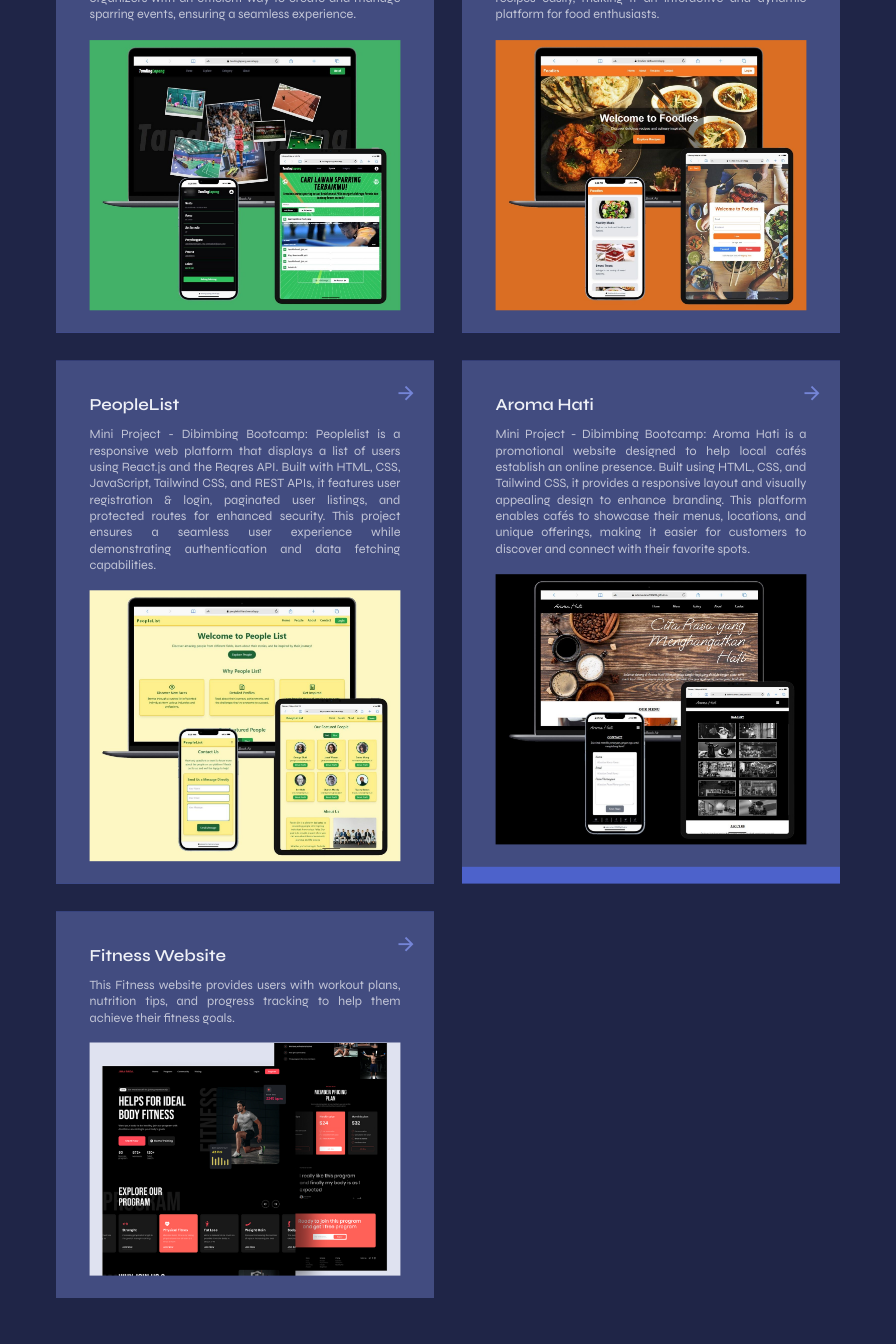
Repository: Ademaulana100499/amgrowth
Page: /
An editor plug-in stored every save of this project. The page is shown before and after the next save, followed by the edit.
The browser window is 1280 px wide. The pictures show the part of the page from y = 1176 to 3096 px (the page is 7588 px tall), at 70% of full size.
Some web fonts or font styles are not loaded; a fallback is used. The project was rebuilt for these pictures with package versions that can differ from the ones it lists, and the page was loaded fresh each time. Also part of the build but not shown: vite.config.js.

Above is the page before, as saved 2025-02-19 16:19:25.

### index.html
<!doctype html>
<html lang="en">
  <head>
    <meta charset="UTF-8" />
    <meta name="viewport" content="width=device-width, initial-scale=1.0" />
    <title>AMgrowth</title>
    <link rel="shortcut icon" href="/assets/img/Favicon.png" />
    <link
      href="https://cdn.jsdelivr.net/npm/remixicon/fonts/remixicon.css"
      rel="stylesheet"
    />

    <link
      rel="stylesheet"
      href="https://fonts.googleapis.com/css2?family=Kite+One&family=Oooh+Baby&family=Orelega+One&family=Poppins:ital,wght@0,100;0,200;0,300;0,400;0,500;0,600;0,700;0,800;0,900;1,100;1,200;1,300;1,400;1,500;1,600;1,700;1,800;1,900&family=Syne:wght@400..800&display=swap"
    />
  </head>
    <div id="root"></div>
    <script type="module" src="/src/main.jsx"></script>
    <script src="https://cdn.jsdelivr.net/npm/@emailjs/browser@4/dist/email.min.js"></script>
    <script src="https://unpkg.com/scrollreveal"></script>
  </body>
</html>

### src/App.jsx
import { Header } from "./components/Header";
import { Home } from "./components/Home";
import { Projects } from "./components/Projects";
import { Info } from "./components/Info";
import { Services } from "./components/Services";
import { Contact } from "./components/Contact";
import { Footer } from "./components/Footer";
import { Scroll } from "./components/Scroll";
import { Reveal } from "./components/Reveal";
function App() {
  const logo = {
    name: "AMgrowth",
    imageWhite: "/assets/img/Logo_White.png",
    imageBlack: "/assets/img/Logo_Black.png",
  };
  const navList = ["Home", "Projects", "My Info", "Services", "Contact Me"];
  const imageHome = "/assets/img/Photo.png";
  const imageInfo = "/assets/img/Photo2.png";
  const footerCopy = "© All rights reserved by Ade Maulana";
  const biodata = {
    firstName: "Ade",
    lastName: "Maulana",
    profession: "Front-End Developer",
    description:
      "With a strong passion for web development and a background in Informatics Engineering, I am transitioning into a career as a Front-End Web Developer. Skilled in HTML, CSS, JavaScript, TypeScript, React.js, and Next.js, I specialize in building responsive, high-performance, and user-friendly web applications. Experienced in UI/UX principles, state management, API integration, and website optimization, I am committed to continuous learning and delivering modern, efficient web solutions",
    cv: "/assets/pdf/CV Ade Maulana.pdf",
  };
  const projects = [
    {
      id: 1,
      title: "TandingLapang",
      description:
        "Final Project - Dibimbing Bootcamp: Tanding Lapang is a platform designed to simplify the search for sparring partners and the organization of sparring events across various sports. Built using HTML, CSS, JavaScript, Tailwind CSS, React.js, and Next.js, this project connects athletes and sports enthusiasts with sparring partners based on location and sport type. It also provides organizers with an efficient way to create and manage sparring events, ensuring a seamless experience.",
      image: "/assets/img/tandinglapang.jpg",
    },
    {
      id: 2,
      title: "Foodies",
      description:
        "Mini Project - Dibimbing Bootcamp: Foodies is a recipe website that implements CRUD functionality (Create, Read, Update, Delete) using Next.js, TypeScript, Tailwind CSS, HTML, and CSS. This project features API integration, user authentication, and server-side rendering (SSR) to enhance performance, SEO, and user experience. Users can browse, add, edit, and delete recipes easily, making it an interactive and dynamic platform for food enthusiasts.",
      image: "/assets/img/foodies.jpg",
    },
    {
      id: 3,
      title: "PeopleList",
      description:
        "Mini Project - Dibimbing Bootcamp: Peoplelist is a responsive web platform that displays a list of users using React.js and the Reqres API. Built with HTML, CSS, JavaScript, Tailwind CSS, and REST APIs, it features user registration & login, paginated user listings, and protected routes for enhanced security. This project ensures a seamless user experience while demonstrating authentication and data fetching capabilities.",
      image: "/assets/img/peoplelist.jpg",
    },
    {
      id: 4,
      title: "Aroma Hati",
      description:
        "Mini Project - Dibimbing Bootcamp: Aroma Hati is a promotional website designed to help local cafés establish an online presence. Built using HTML, CSS, and Tailwind CSS, it provides a responsive layout and visually appealing design to enhance branding. This platform enables cafés to showcase their menus, locations, and unique offerings, making it easier for customers to discover and connect with their favorite spots.",
      image: "/assets/img/aromahati.jpg",
    },
    {
      id: 5,
      title: "Fitness Website",
      description:
        "This Fitness website provides users with workout plans, nutrition tips, and progress tracking to help them achieve their fitness goals.",
      image: "/assets/img/fittnes web.avif",
    },
  ];
  const experience = [
    {
      id: 1,
      company: "PT. Victory Chingluh Indonesia",
      profession: "Shipping Officer",
      date: "12/2018 - 07/2024",
      description:
        "Experienced in managing delivery orders with high accuracy using Excel, monitoring stock through SAP, and improving operational efficiency and delivery coordination, with skills in logistics management, inventory, and effective communication.",
    },
    {
      id: 2,
      company: "PT Midi Utama Indonesia, Tbk",
      profession: "Sales Assistant",
      date: "06/2018 - 12/2018",
      description:
        "Experienced in delivering excellent customer service, providing clear product information, and staying updated on new products and promotions to boost customer satisfaction and engagement. Skilled in promoting products and exceeding sales targets through proactive interactions and recommendations, with a focus on teamwork and adaptability.",
    },
    {
      id: 3,
      company: "CV Radjawali",
      profession: "Printing Operator",
      date: "07/2017 - 05/2018",
      description:
        "Experienced in accurately preparing print files, ensuring consistent print quality, and reducing the need for reprints. Skilled in maintaining printing machines to enhance operational efficiency, minimize downtime, and boost productivity.",
    },
  ];
  const education = [
    {
      id: 1,
      university: "Dibimbing.id Bootcamp",
      major: "Front-End Web Development",
      date: "09/2024 - 02/2025",
      description:
        "Learning HTML, CSS, JavaScript, and TypeScript, and utilizing React.js and Next.js to build responsive and high-performance user interfaces. Experienced in UI/UX design slicing, website optimization, and problem-solving algorithms. Skilled in team collaboration using Git/GitHub and committed to continuous learning and staying updated with the latest web technologies.",
    },
    {
      id: 2,
      university: "Institut Teknologi dan Bisnis Bina Sarana Global",
      major: "Informatics Engineering",
      date: "09/2020 - 11/2024",
      description:
        "Studied Informatics Engineering, covering software development, algorithms, data structures, databases, system design, cybersecurity, and AI. Gained expertise in computing principles, system analysis, and application optimization. Experienced in Agile and Scrum methodologies, web development frameworks, UI/UX design, data processing, and problem-solving using algorithms and programming logic.",
    },
  ];
  const skills = [
    {
      id: 1,
      skill: "HTML",
      image: "/assets/img/html.svg",
    },
    {
      id: 2,
      skill: "CSS",
      image: "/assets/img/css.svg",
    },
    {
      id: 3,
      skill: "JavaScript",
      image: "/assets/img/javascript.svg",
    },
    {
      id: 4,
      skill: "React",
      image: "/assets/img/react.svg",
    },
    {
      id: 5,
      skill: "Next.js",
      image: "/assets/img/nextjs.svg",
    },
    {
      id: 6,
      skill: "Git",
      image: "/assets/img/git.svg",
    },
    {
      id: 7,
      skill: "GitHub",
      image: "/assets/img/github.svg",
    },
    {
      id: 8,
      skill: "Tailwind",
      image: "/assets/img/tailwind.png",
    },
    {
      id: 9,
      skill: "Bootstrap",
      image: "/assets/img/bootstrap.png",
    },
    {
      id: 10,
      skill: "Figma",
      image: "/assets/img/figma.svg",
    },
  ];

  const services = [
    {
      id: 1,
      title: "Web Development",
      icon: "ri-code-s-slash-line",
      description:
        "Building functional, secure, and user-friendly websites with features tailored to user needs.",
    },
    {
      id: 2,
      title: "Web Design",
      icon: "ri-pencil-ruler-2-line",
      description:
        "Designing visually appealing and professional website layouts that reflect the brand identity and provide an engaging visual experience.",
    },
    {
      id: 3,
      title: "Responsive Web Design",
      icon: "ri-layout-2-line",
      description:
        "Creating responsive websites compatible across various devices, ensuring an optimal user experience on desktops, tablets, and smartphones.",
    },
  ];
  const socialMedia = [
    {
      id: 1,
      name: "github",
      icon: "ri-github-line",
      link: "https://github.com/Ademaulana100499",
    },
    {
      id: 2,
      name: "linkedin",
      icon: "ri-linkedin-box-line",
      link: "https://www.linkedin.com/in/ademaulana-/",
    },
    {
      id: 3,
      name: "instagram",
      icon: "ri-instagram-line",
      link: "https://www.instagram.com/ade_maulana._/",
    },
  ];

  return (
    <div>
      <Header logo={logo} navList={navList} />
      <main>
        <Home imageHome={imageHome} biodata={biodata} />
        <Projects projects={projects} />
        <Info
          imageInfo={imageInfo}
          biodata={biodata}
          experience={experience}
          skills={skills}
          education={education}
        />
        <Services services={services} />
        <Contact socialMedia={socialMedia} />
        <Footer navList={navList} footerCopy={footerCopy} />
      </main>
      <Scroll />
      <Reveal />
    </div>
  );
}

export default App;

### src/components/Home/index.jsx
import "./style.css";
export const Home = (props) => {
  const { imageHome, biodata } = props;
  return (
    <section className="home section" id="home">
      <div className="container grid home__container">
        <img
          id="image_home"
          src={imageHome}
          alt="image"
          className="home__img"
        />
        <div className="home__data">
          <h1 className="home__name">
            {biodata.firstName} <br /> {biodata.lastName}
          </h1>
          <h3 className="home__profession">{biodata.profession}</h3>
        </div>
        <a href="#projects" className="home__scroll">
          <div className="home__scroll-box">
            <i className="ri-arrow-down-line"></i>
          </div>
          <span className="home__scroll-text">Recent Project</span>
        </a>
      </div>
    </section>
  );
};

### src/components/Projects/index.jsx
import "./style.css";
export const Projects = (props) => {
  const { projects } = props;
  return (
    <section className="projects section" id="projects">
      <h2 className="section__title">RECENT PROJECT</h2>
      <div className="grid container projects__container">
        {projects.map((item) => (
          <article className="project__card" key={item.id}>
            <a
              href={item.link}
              target="_blank"
              className="project__overlay"
            ></a>
            <a href={item.link} target="_blank" className="project__link">
              <h2 className="project__title">{item.title}</h2>
              <p className="project__description">{item.description}</p>
              <img src={item.image} alt="image" className="project__img" />
              <i className="ri-arrow-right-line"> </i>
            </a>
          </article>
        ))}
      </div>
    </section>
  );
};

### src/components/Services/index.jsx
import "./style.css";
export const Services = (props) => {
  const { services } = props;
  return (
    <section className="services section" id="services">
      <h2 className="section__title">SERVICES</h2>
      <div className="container grid services__container">
        {services.map((item) => (
          <article className="services__card" key={item.id}>
            <i className={`services__icon ${item.icon}`}></i>
            <h3 className="services__title">{item.title}</h3>
            <p className="services__description">{item.description}</p>
          </article>
        ))}
      </div>
    </section>
  );
};

### src/components/Footer/index.jsx
import "./style.css";
export const Footer = (props) => {
  const { navList, footerCopy } = props;
  return (
    <footer className="footer" id="footer">
      <div className="container grid footer__container">
        <ul className="footer__links">
          <li>
            <a href="#home" className="footer__link">
              {navList[0]}
            </a>
          </li>
          <li>
            <a href="#projects" className="footer__link">
              {navList[1]}
            </a>
          </li>
          <li>
            <a href="#my info" className="footer__link">
              {navList[2]}
            </a>
          </li>
        </ul>
        <span className="footer__copy">{footerCopy}</span>
      </div>
    </footer>
  );
};

### src/components/Scroll/index.jsx
import React, { useEffect } from "react";
import "./style.css";

export const Scroll = () => {
  useEffect(() => {
    const scrollUp = () => {
      const scrollUp = document.getElementById("scroll-up");
      if (window.scrollY >= 350) {
        scrollUp.classList.add("show-scroll");
      } else {
        scrollUp.classList.remove("show-scroll");
      }
    };
    window.addEventListener("scroll", scrollUp);
    return () => {
      window.removeEventListener("scroll", scrollUp);
    };
  }, []);

  return (
    <a href="#" className="scrollup" id="scroll-up">
      <i className="ri-arrow-up-line"></i>
    </a>
  );
};

### src/components/Reveal/index.jsx
import React, { useEffect } from "react";

export const Reveal = () => {
  useEffect(() => {
    const sr = ScrollReveal({
      origin: "top",
      distance: "60px",
      duration: 2500,
      delay: 400,
    });

    sr.reveal(".home__data, .experience, .skills, .contact__container");
    sr.reveal(".home__img", { delay: 500 });
    sr.reveal(".home__scroll", { delay: 700 });
    sr.reveal(".project__card, .services__card", { interval: 100 });
    sr.reveal(".about__content", { origin: "right" });
    sr.reveal(".about__img", { origin: "left" });

    return () => {
      sr.destroy();
    };
  }, []);
  return <div></div>;
};

### src/components/Theme/index.jsx
import React, { useState, useEffect } from "react";
import "./style.css";

const Theme = ({ logo, setLogoSrc }) => {
  const [isLightMode, setIsLightMode] = useState(false);

  useEffect(() => {
    const savedTheme = localStorage.getItem("lightmode");
    if (savedTheme === "active") {
      setIsLightMode(true);
    } else {
      setIsLightMode(false);
    }
  }, []);

  useEffect(() => {
    if (isLightMode) {
      document.body.classList.add("lightmode");
      localStorage.setItem("lightmode", "active");
      setLogoSrc(logo.imageBlack);
    } else {
      document.body.classList.remove("lightmode");
      localStorage.setItem("lightmode", null);
      setLogoSrc(logo.imageWhite);
    }
  }, [isLightMode, logo.imageBlack, logo.imageWhite, setLogoSrc]);

  const toggleTheme = () => {
    setIsLightMode((prevMode) => !prevMode);
  };

  return (
    <button
      id="theme-switch"
      className="theme-switch"
      onClick={toggleTheme}
      style={{ cursor: "pointer" }}
    >
      {isLightMode ? (
        <i className="ri-moon-line"></i>
      ) : (
        <i className="ri-sun-line"></i>
      )}
    </button>
  );
};

export default Theme;

### src/components/Projects/style.css
/* Projects */
.projects {
  background-color: var(--container-color);
}
.project__card {
  background-color: var(--first-color);
}
.project__img {
  width: 100%;
}
.project__link {
  display: block;
  position: relative;
  background-color: var(--body-color);
  padding: 2rem 1.5rem 1.5rem 1.5rem;
  color: var(--text-color);
  transition: transform 0.4s;
}
.project__title {
  font-size: var(--h3-font-size);
  margin-bottom: 0.75rem;
}

.project__description {
  margin-bottom: 1.5rem;
  text-align: justify;
}
.project__link i {
  position: absolute;
  top: 1.8rem;
  right: 1.5rem;
  font-size: 1.5rem;
  color: var(--first-color-light);
  transition: transform 0.4s;
}
.project__link:hover {
  transform: translateY(-0.35rem);
}

.project__link:hover i {
  transform: translateX(0.5rem);
}

/* BREAKPOINTS */

/* For medium devices */
@media screen and (min-width: 540px) {
  .projects__container {
    grid-template-columns: 350px;
    justify-content: center;
  }
}

@media screen and (min-width: 768px) {
  .projects__container {
    grid-template-columns: repeat(2, 390px);
  }
}

/* for large devices */
@media screen and (min-width: 1150px) {
  .section__title {
    margin-bottom: 4rem;
  }
  .projects__container {
    grid-template-columns: repeat(2, 540px);
    gap: 2.5rem;
  }
  .project__link {
    padding: 3rem 3rem 2rem;
  }
  .project__title {
    font-size: var(--h2-font-size);
    margin-bottom: 1rem;
  }
  .project__link i {
    font-size: 2rem;
  }
}

### src/components/Services/style.css
/* SERVICES */
.services {
  background-color: var(--container-color);
}
.services__container {
  row-gap: 2rem;
}

.services__icon {
  display: block;
  color: var(--first-color-light);
  font-size: 2rem;
  margin-bottom: 1dvb;
}

.services__title {
  font-size: var(--h3-font-size);
  margin-bottom: 0.75rem;
}

/* BREAKPOINTS */

/* For small devices */
@media screen and (max-width: 300px) {
  .container {
    margin-inline: 1rem;
  }
}

/* For medium devices */
@media screen and (min-width: 540px) {
  .services__container {
    grid-template-columns: 350px;
    justify-content: center;
  }
}

@media screen and (min-width: 768px) {
  .services__container {
    grid-template-columns: repeat(2, 320px);
  }
}

/* for large devices */
@media screen and (min-width: 1150px) {
  .container {
    margin-inline: auto;
  }
  .section {
    padding-block: 7rem 5rem;
  }
  .section__title {
    margin-bottom: 4rem;
  }

  .services__container {
    grid-template-columns: repeat(2, 350px);
    gap: 6rem 13rem;
  }
  .services__icon {
    font-size: 2.5rem;
    margin-bottom: 1.5rem;
  }
}

### src/components/Footer/style.css
/* FOOTER */
.footer {
  background-color: var(--container-color);
}

.footer__container {
  row-gap: 3rem;
  padding-block: 3rem 2rem;
}

.footer__links {
  display: flex;
  justify-content: center;
  column-gap: 2.5rem;
}
.footer__link {
  font-weight: var(--font-semi-bold);
  color: var(--title-color);
  transition: color 0.4s;
}
.footer__link:hover {
  color: var(--first-color-light);
}
.footer__copy {
  font-size: var(--small-font-size);
  color: var(--title-color);
  text-align: center;
}

/* BREAKPOINTS */

/* For small devices */
@media screen and (max-width: 300px) {
  .container {
    margin-inline: 1rem;
  }
}

/* for large devices */
@media screen and (min-width: 1150px) {
  .container {
    margin-inline: auto;
  }
  .section {
    padding-block: 7rem 5rem;
  }

  .footer__container {
    padding-block: 3rem;
    grid-template-columns: repeat(2, max-content);
    justify-content: space-between;
  }
  .footer__links {
    column-gap: 4rem;
    order: 1;
  }
  .scrollup {
    right: 3rem;
  }
}

### src/components/Scroll/style.css
/* SCROLL BAR */
::-webkit-scrollbar {
  width: 0.6rem;
  background-color: hsl(var(--hue), 20%, 20%);
}
::-webkit-scrollbar-thumb {
  background-color: hsl(var(--hue), 20%, 30%);
}
::-webkit-scrollbar-thumb:hover {
  background-color: hsl(var(--hue), 20%, 40%);
}

/* SCROLL UP */
.scrollup {
  position: fixed;
  right: 1rem;
  bottom: -50%;
  background-color: var(--container-color);
  padding: 6px;
  color: var(--title-color);
  display: inline-flex;
  font-size: 1.25rem;
  box-shadow: 0 4px 12px hsla(var(--hue), 30%, 8%, 0.3);
  z-index: var(--z-tooltip);
  transition: bottom 0.4s, transform 0.4s;
}
.scrollup:hover {
  transform: translateY(-0.5rem);
}

/* SHOW SCROLL */
.show-scroll {
  bottom: 3rem;
}

/* BREAKPOINTS */

@media screen and (min-width: 1150px) {
  .scrollup {
    right: 3rem;
  }
}

### src/components/Theme/style.css
#theme-switch {
  height: 30px;
  width: 30px;
  border-radius: 50%;
  background-color: var(--first-color-light);
  display: flex;
  justify-content: center;
  align-items: center;
}
#theme-switch:hover {
  cursor: pointer;
}
#theme-switch i {
  fill: var(--body-color);
  color: var(--text-color);
}

Loaded but not shown: src/main.jsx (common file); src/components/Header/style.css (313 lines, source omitted); src/components/Info/style.css (186 lines, source omitted); src/index.css (154 lines, source omitted); src/components/Info/index.jsx (71 lines, source omitted); src/components/Header/index.jsx (90 lines, source omitted); src/components/Home/style.css (132 lines, source omitted); src/components/Contact/index.jsx (82 lines, source omitted); src/components/Contact/style.css (119 lines, source omitted)

After the next save:
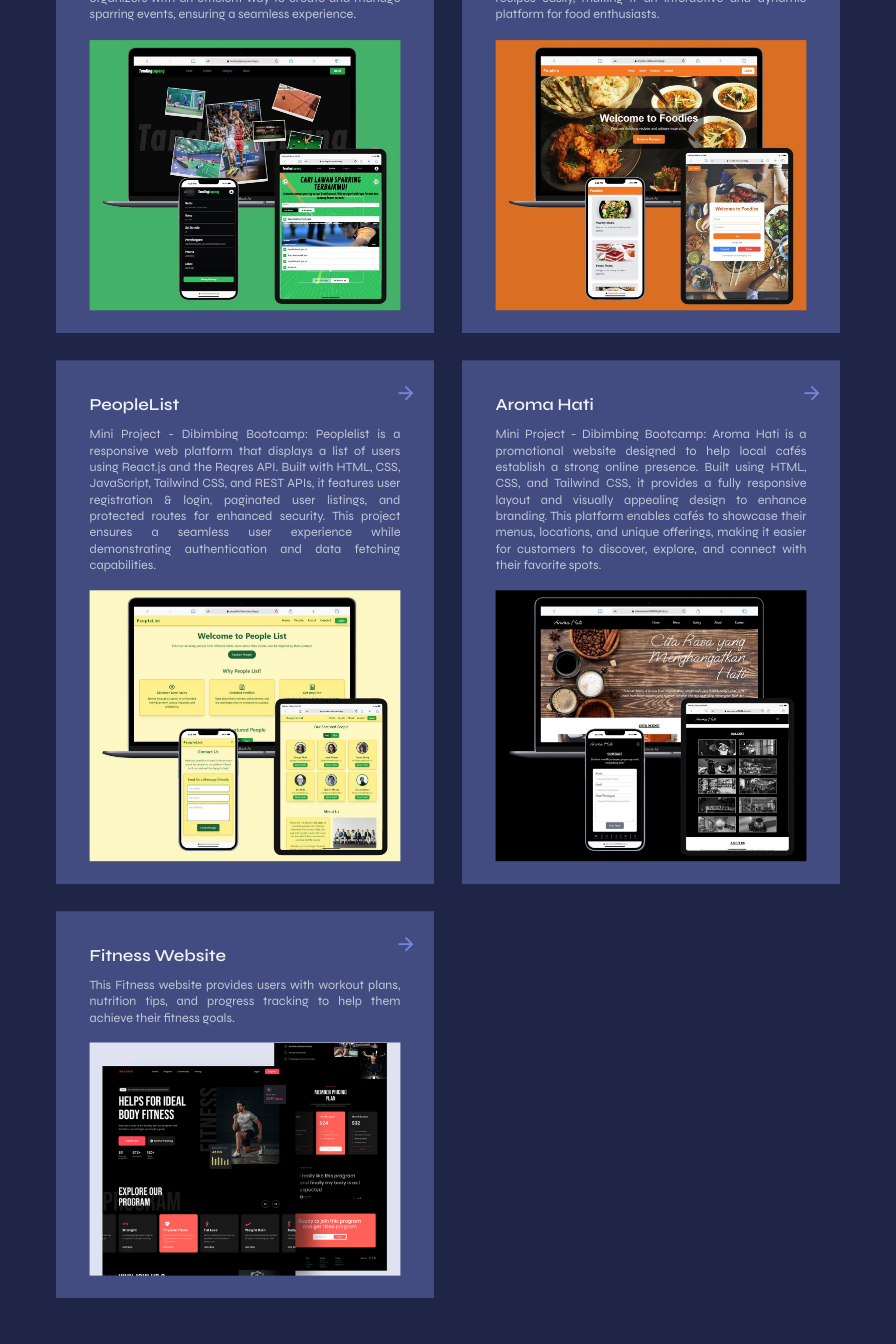
Saved 106 s later.
--- a/src/App.jsx
+++ b/src/App.jsx
@@ -51,7 +51,7 @@
       id: 4,
       title: "Aroma Hati",
       description:
-        "Mini Project - Dibimbing Bootcamp: Aroma Hati is a promotional website designed to help local cafés establish an online presence. Built using HTML, CSS, and Tailwind CSS, it provides a responsive layout and visually appealing design to enhance branding. This platform enables cafés to showcase their menus, locations, and unique offerings, making it easier for customers to discover and connect with their favorite spots.",
+        "Mini Project - Dibimbing Bootcamp: Aroma Hati is a promotional website designed to help local cafés establish a strong online presence. Built using HTML, CSS, and Tailwind CSS, it provides a fully responsive layout and visually appealing design to enhance branding. This platform enables cafés to showcase their menus, locations, and unique offerings, making it easier for customers to discover, explore, and connect with their favorite spots.",
       image: "/assets/img/aromahati.jpg",
     },
     {
